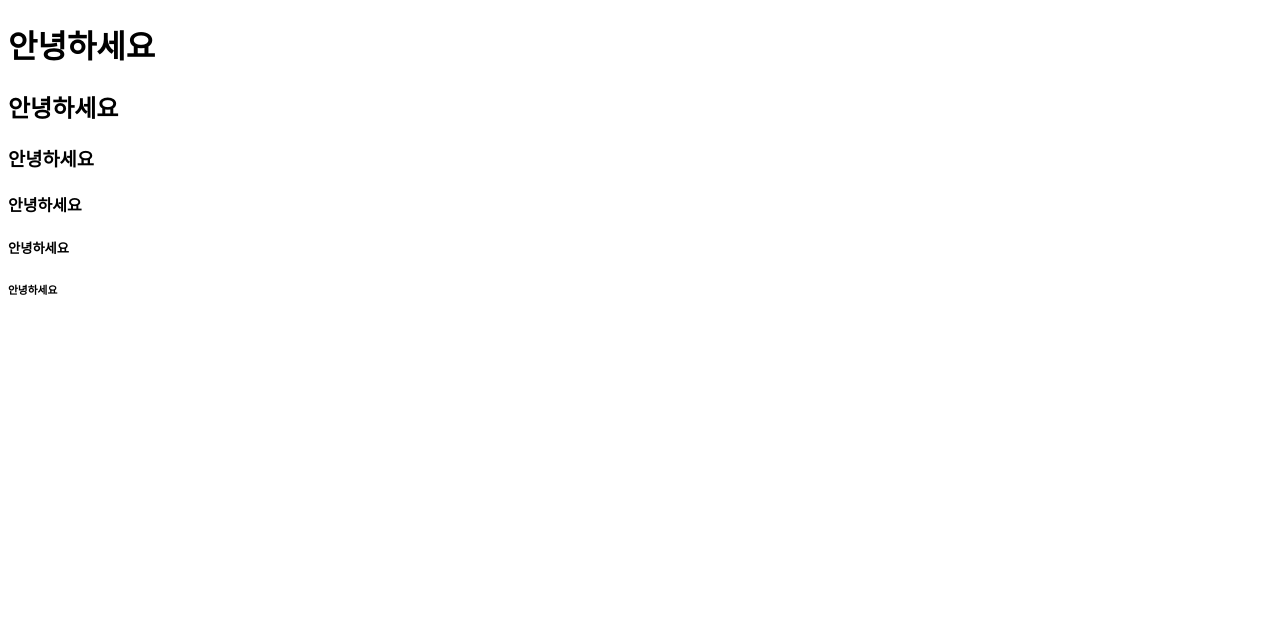
Repository: MySunTY/JSP
Page: http://localhost/JSP07/next.jsp
An editor plug-in stored every save of this project. The page is shown before and after the next save, followed by the edit.
The browser window is 1280 px wide. The pictures show the whole page.
The page is served by Tomcat 9.

Above is the page before, as saved 2024-05-16 01:36:43.

After the next save:
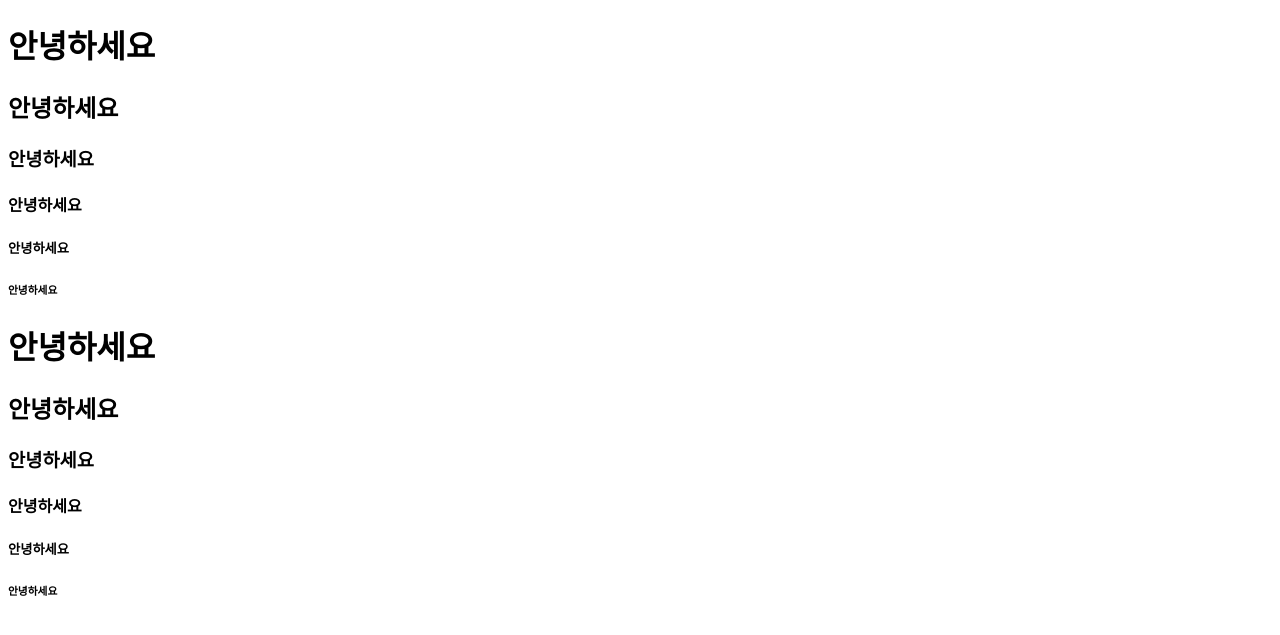
Saved 3 min 46 s later.
--- a/JSP07/src/main/webapp/next.jsp
+++ b/JSP07/src/main/webapp/next.jsp
@@ -10,14 +10,22 @@
 		<%
 			for(int i=1 ; i<7 ; i++){
 				out.print("<h");
-				out.print(i);
+					out.print(i);
 				out.print(">");
-				out.print("안녕하세요");
+					out.print("안녕하세요");
 				out.print("</h");
-				out.print(i);
+					out.print(i);
 				out.print(">");
 
 			}
 		%>
+		<%
+			for(int i = 1 ; i<7 ; i++){
+		%>
+				<h<%=i%>>안녕하세요</h<%=i %>>
+		<%
+			}//for문
+
+		%>
 	</body>
 </html>
